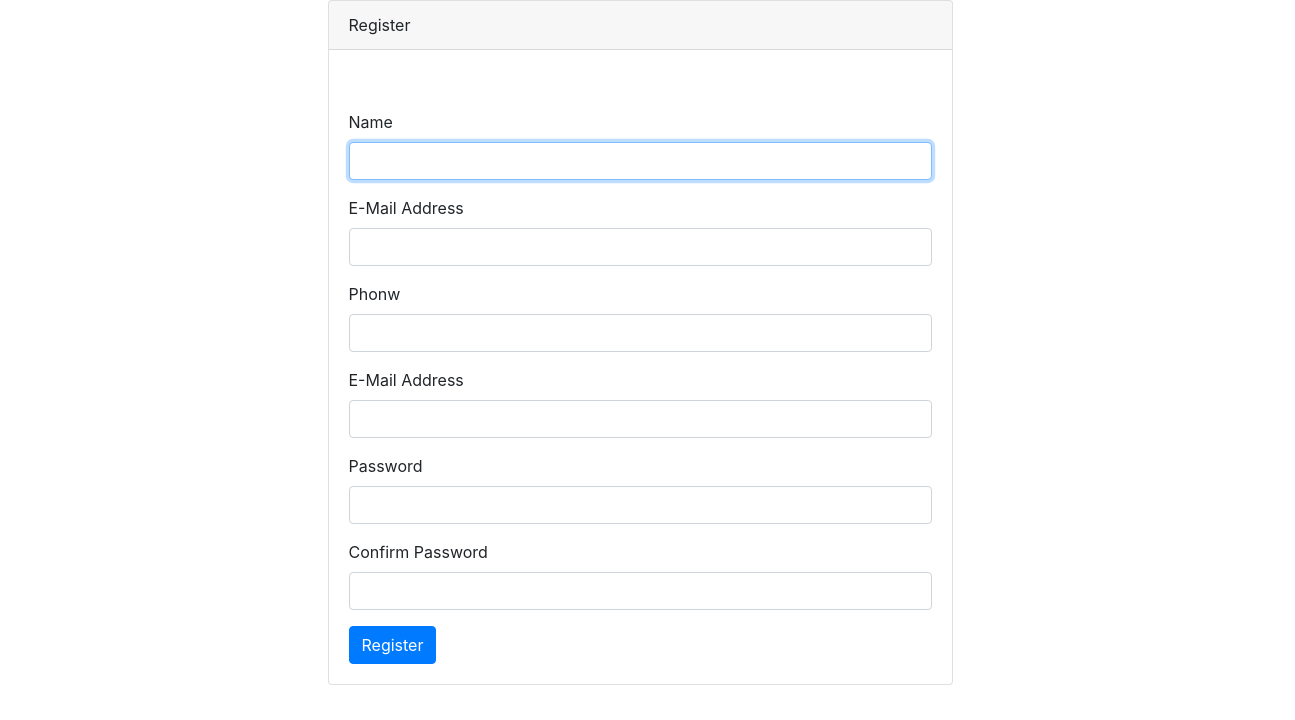
Repository: Tauqeer124/usermanagemet
Page: http://localhost/register
The author's editor kept a copy of each file at every save. The page is drawn from the files as they stood at one save, then again after the next save.
The browser window is 1280 px wide. The page is 1295 px wide, so the pictures cover 1295 px, including what lies to the right of the window. The pictures show the whole page.
The page is served by the project's Laravel application, run on PHP 8.4 with Laravel 8. Other server files are loaded and not shown.

Above is the page before, as saved 2023-07-24 12:13:56.

### routes/web.php
<?php

use Illuminate\Support\Facades\Route;
use App\Http\Controllers\AuthController;
use App\Http\Controllers\UserController;

/*
|--------------------------------------------------------------------------
| Web Routes
|--------------------------------------------------------------------------
|
| Here is where you can register web routes for your application. These
| routes are loaded by the RouteServiceProvider within a group which
| contains the "web" middleware group. Now create something great!
|
*/

Route::get('/', function () {
    return view('welcome');
});

Route::get('/register', [AuthController::class, 'register']);
Route::post('/register', [AuthController::class, 'registeruser'])->name('register');
Route::get('/login', [AuthController::class, 'login']);
Route::post('/login', [AuthController::class, 'loginuser'])->name('login');
Route::get('/users', [UserController::class, 'index'])->name('user.index');
Route::get('/users/{id}', [UserController::class, 'show'])->name('user.show');

### app/Http/Controllers/AuthController.php
<?php

namespace App\Http\Controllers;

use App\Models\User;
use App\Mail\WelcomeMail;
use Illuminate\Http\Request;
use Illuminate\Support\Facades\Hash;
use Illuminate\Support\Facades\Mail;

class AuthController extends Controller
{
    public function register()
    {
        return view('auth.register');
    }

    public function registeruser(Request $request)
    {
        $request->validate([
            'name' => 'required|string|max:255',
            'email' => 'required|email|unique:users',
            'password' => 'required|string|min:6',
            'phone' => 'required|string',
            'country' => 'required|string',
        ]);

        $user = User::create([
            'name' => $request->name,
            'email' => $request->email,
            'password' => Hash::make($request->password),
            'phone' => $request->phone,
            'country' => $request->country,
        ]);

        Mail::to($user->email)->send(new WelcomeMail($user)); // Send welcome email
        $request->session()->flash('success', 'You have registered successfully!');

        // Redirect back to the registration page
        return redirect()->back();
    }
    public function login(){
        return view('auth.login');
    }
    public function loginuser(Request $request){

    }
}

### resources/views/auth/register.blade.php
<!DOCTYPE html>
<html>
<head>
  <title>User Registration Form</title>
  <!-- Add Bootstrap CSS -->
  <link rel="stylesheet" href="https://stackpath.bootstrapcdn.com/bootstrap/4.5.2/css/bootstrap.min.css">
</head>
<body>
    <div class="row justify-content-center">
        <div class="col-md-6">
            <div class="card">
                <div class="card-header">{{ __('Register') }}</div>
                <div class="card-body">
                    <div class="card-body">
                        @if (session('success'))
                            <div class="alert alert-success">
                                {{ session('success') }}
                            </div>
                        @endif
                    </div>
                    <form method="POST" action="{{ route('register') }}">
                        @csrf

                        <div class="form-group">
                            <label for="name">{{ __('Name') }}</label>
                            <input id="name" type="text" class="form-control @error('name') is-invalid @enderror" name="name" required autocomplete="name" autofocus>
                            @error('name')
                                <span class="invalid-feedback" role="alert">
                                    <strong>{{ $message }}</strong>
                                </span>
                            @enderror
                        </div>

                        <div class="form-group">
                            <label for="email">{{ __('E-Mail Address') }}</label>
                            <input id="email" type="email" class="form-control @error('email') is-invalid @enderror" name="email"  required autocomplete="email">
                            @error('email')
                                <span class="invalid-feedback" role="alert">
                                    <strong>{{ $message }}</strong>
                                </span>
                            @enderror
                        </div>
                        <div class="form-group">
                            <label for="phone">{{ __('Phonw') }}</label>
                            <input id="phone" type="text" class="form-control @error('phone') is-invalid @enderror" name="phone"  required autocomplete="email">
                            @error('phone')
                                <span class="invalid-feedback" role="alert">
                                    <strong>{{ $message }}</strong>
                                </span>
                            @enderror
                        </div>
                        <div class="form-group">
                            <label for="country">{{ __('E-Mail Address') }}</label>
                            <input id="email" type="email" class="form-control @error('email') is-invalid @enderror" name="email"  required autocomplete="email">
                            @error('email')
                                <span class="invalid-feedback" role="alert">
                                    <strong>{{ $message }}</strong>
                                </span>
                            @enderror
                        </div>

                        <div class="form-group">
                            <label for="password">{{ __('Password') }}</label>
                            <input id="password" type="password" class="form-control @error('password') is-invalid @enderror" name="password" required autocomplete="new-password">
                            @error('password')
                                <span class="invalid-feedback" role="alert">
                                    <strong>{{ $message }}</strong>
                                </span>
                            @enderror
                        </div>

                        <div class="form-group">
                            <label for="password-confirm">{{ __('Confirm Password') }}</label>
                            <input id="password-confirm" type="password" class="form-control" name="password_confirmation" required autocomplete="new-password">
                        </div>

                        <button type="submit" class="btn btn-primary">{{ __('Register') }}</button>
                    </form>
                </div>
            </div>
        </div>
    </div>
</body>
</html>

Loaded but not shown: app/Http/Controllers/Controller.php (common file)

After the next save:
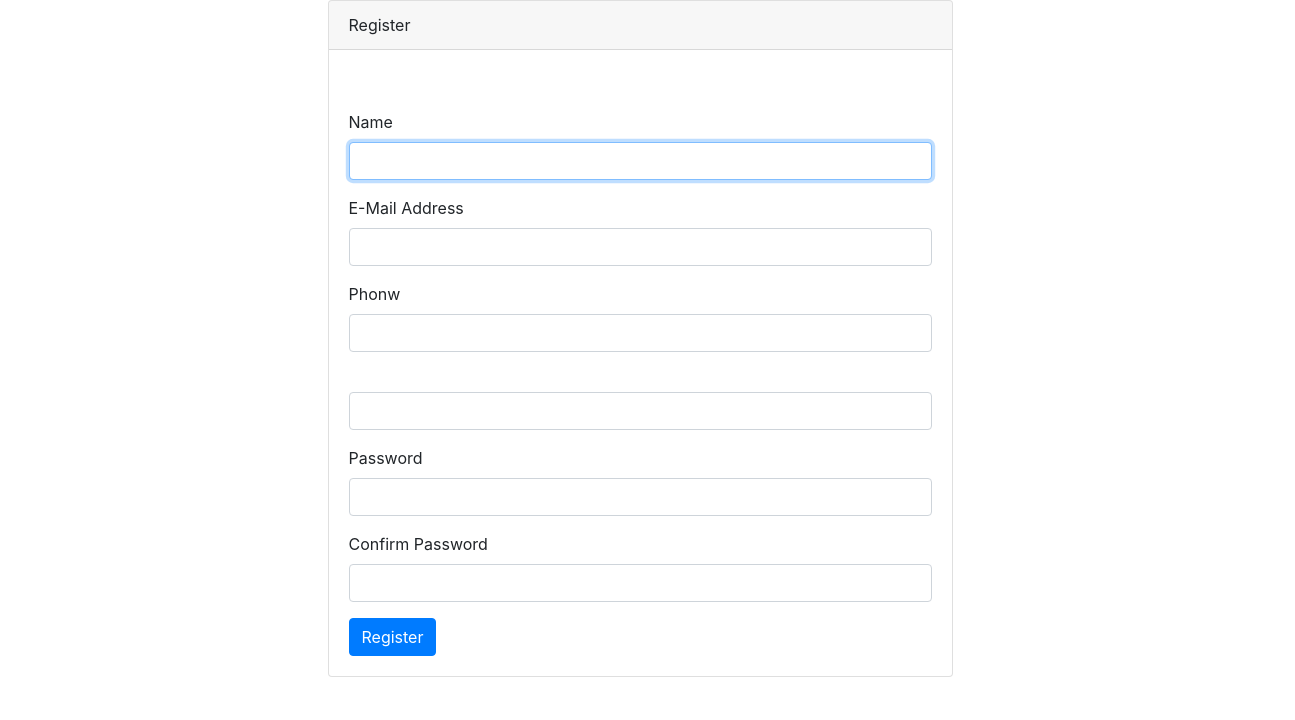
Saved 5 s later.
--- a/resources/views/auth/register.blade.php
+++ b/resources/views/auth/register.blade.php
@@ -50,7 +50,7 @@
                             @enderror
                         </div>
                         <div class="form-group">
-                            <label for="country">{{ __('E-Mail Address') }}</label>
+                            <label for="country">{{ __('') }}</label>
                             <input id="email" type="email" class="form-control @error('email') is-invalid @enderror" name="email"  required autocomplete="email">
                             @error('email')
                                 <span class="invalid-feedback" role="alert">
